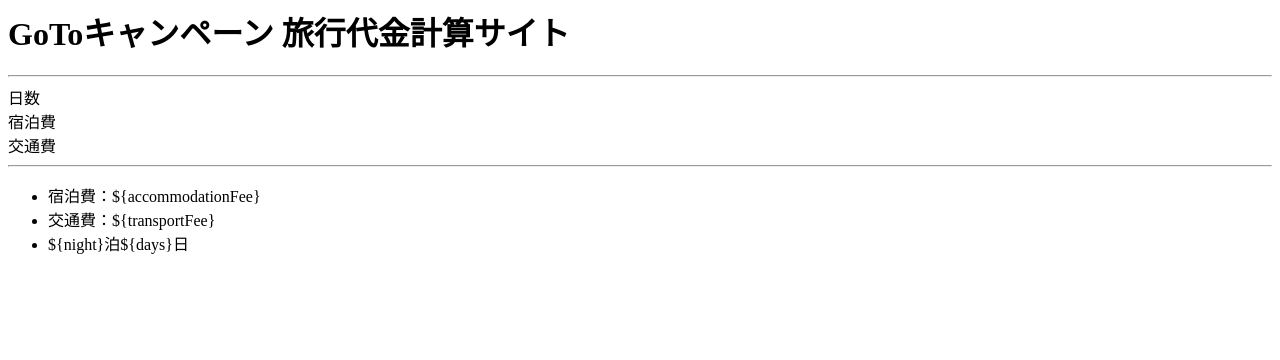
Repository: Ischca/ischca.github.io
Page: src/my-app.html
The author's editor kept a copy of each file at every save. The page is drawn from the files as they stood at one save, then again after the next save.
The browser window is 1280 px wide. The pictures show the whole page.

Above is the page before, as saved 2020-10-02 15:04:03.

### src/my-app.html
<div class="container">

    <div class="row">
        <h1 class="text-center">GoToキャンペーン 旅行代金計算サイト</h1>
    </div>

    <hr />

    <div class="row justify-content-center">
        <label for="staticEmail" class="col-sm-auto col-form-label">日数</label>
        <div class="col-sm-2">
            <num-selector num.bind="night" suffix.bind="'泊'"></num-selector>
        </div>

        <div class="col-sm-2">
            <num-selector num.bind="days" suffix.bind="'日'"></num-selector>
        </div>
    </div>

    <div class="row justify-content-center">
        <label for="staticEmail" class="col-sm-auto col-form-label">宿泊費</label>
        <div class="col-sm-2">
            <num-selector num.bind="accommodationFee" suffix.bind="'泊'"></num-selector>
        </div>
    </div>

    <div class="row justify-content-center">
        <label for="staticEmail" class="col-sm-auto col-form-label">交通費</label>
        <div class="col-sm-2">
            <num-selector num.bind="transportFee" suffix.bind="'泊'"></num-selector>
        </div>
    </div>

    <hr/>

    <div id="result" class="text-center">
        <ul class="list-group list-group-flush">
            <li class="list-group-item">
                宿泊費：${accommodationFee}
            </li>
            <li class="list-group-item">
                交通費：${transportFee}
            </li>
            <li class="list-group-item">
                ${night}泊${days}日
            </li>
        </ul>
    </div>
</div>

After the next save:
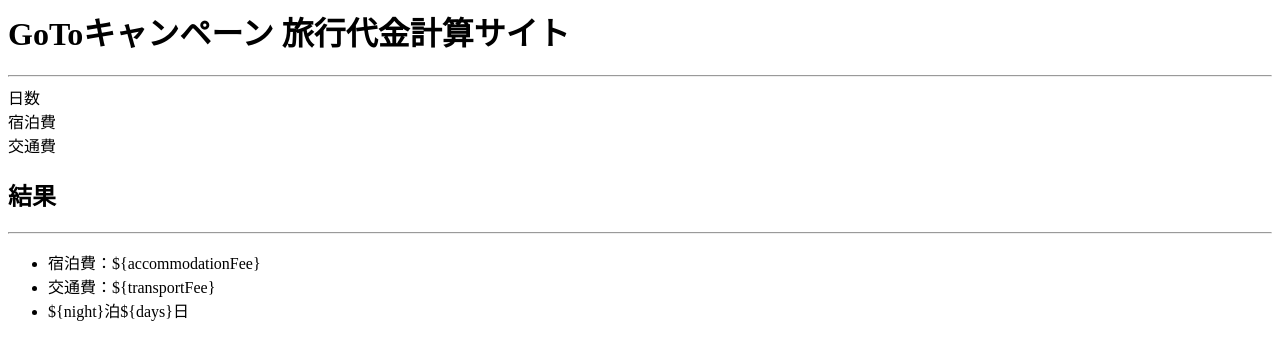
Saved 12 s later.
--- a/src/my-app.html
+++ b/src/my-app.html
@@ -31,6 +31,7 @@
         </div>
     </div>
 
+    <h2>結果</h2>
     <hr/>
 
     <div id="result" class="text-center">
